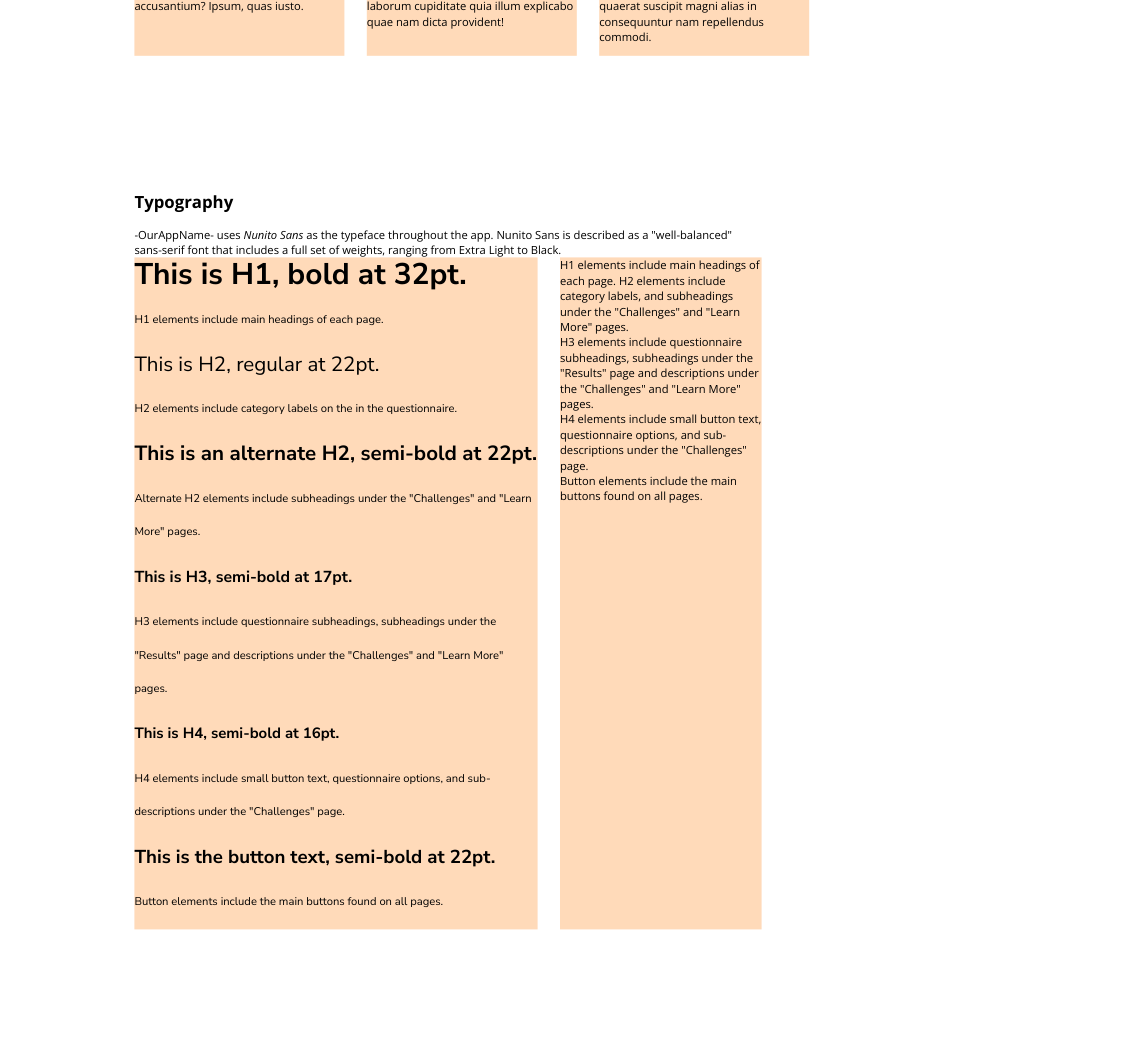
Repository: seohyun9672/Timearth-A6Styleguide
Page: page2.html
An editor plug-in stored every save of this project. The page is shown before and after the next save, followed by the edit.
The browser window is 1280 px wide. The page is 1632 px wide, so the pictures cover 1632 px, including what lies to the right of the window. The pictures show the part of the page from y = 1544 to 3064 px (the page is 3064 px tall before and 2851 px after), at 70% of full size.

Above is the page before, as saved 2022-03-20 20:17:11.

After the next save:
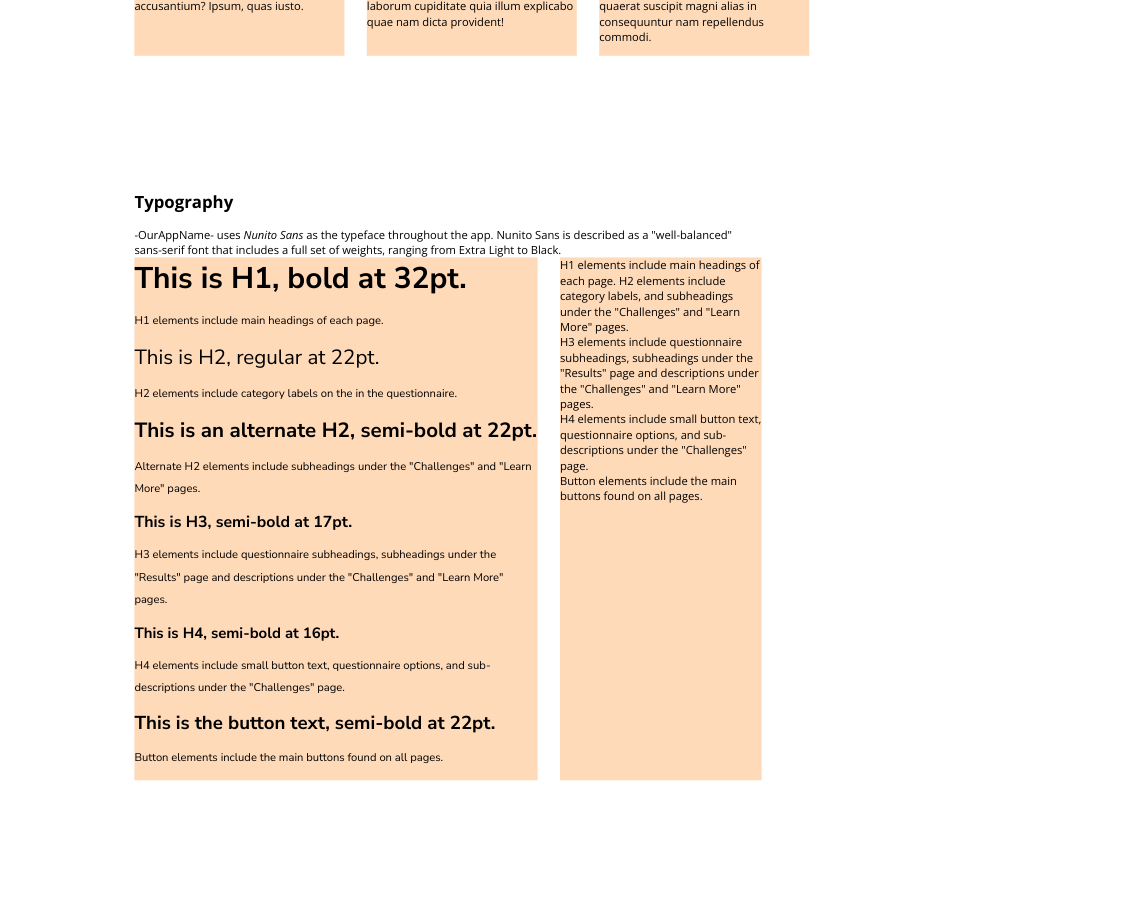
Saved 24 s later.
--- a/stylesheet.css
+++ b/stylesheet.css
@@ -136,6 +136,6 @@ li a:hover {
     font-size:20pt;
     font-weight:bolder;
 }
-.example {
-    line-height:3em;
+.desc {
+    line-height:2em;
 }
